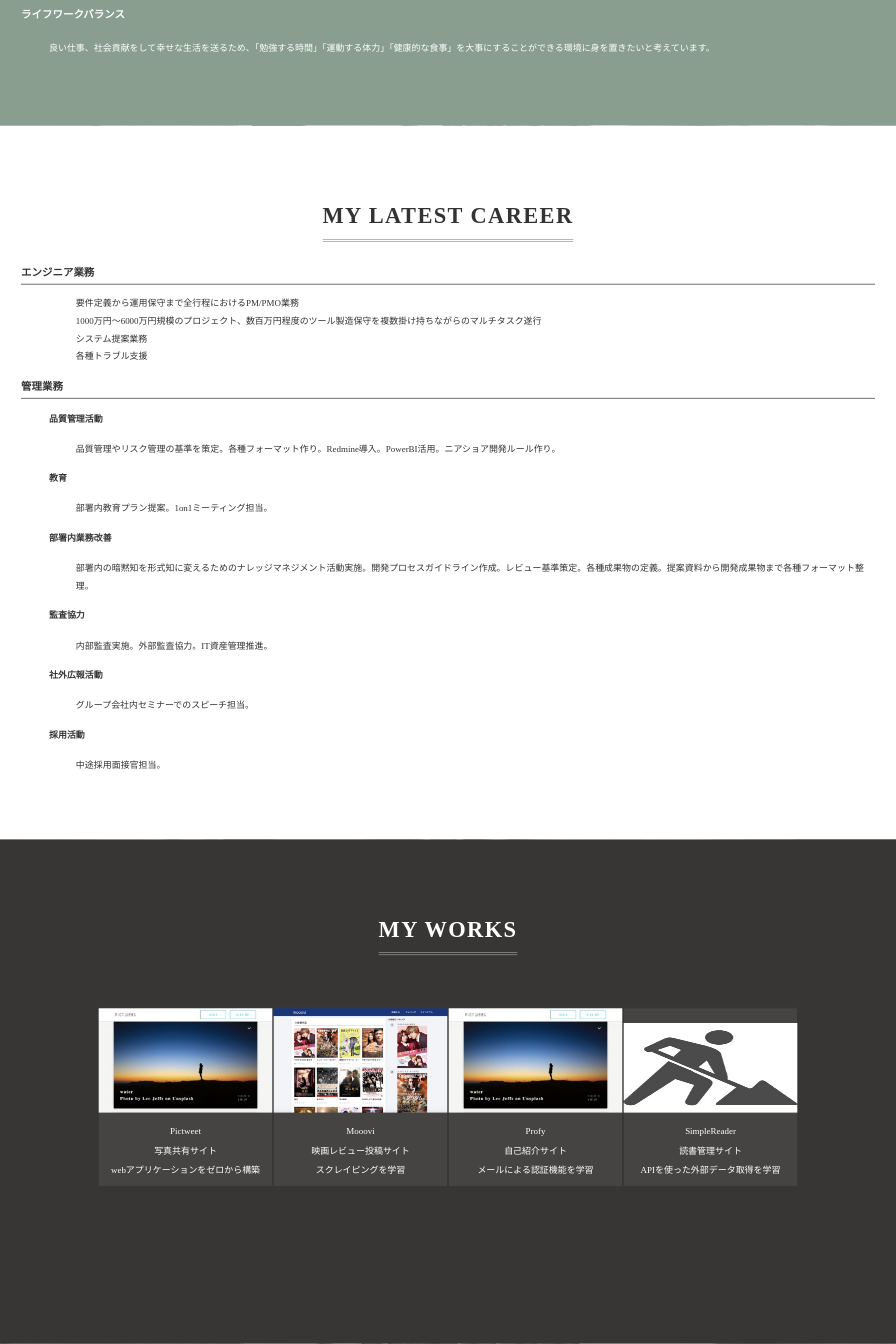
Repository: dackelteckel/myworks
Page: index.html
The author's editor kept a record of every edit. The page is drawn from the files as they stood at one moment, then again after the next edit.
The browser window is 1280 px wide. The pictures show the part of the page from y = 1208 to 3128 px (the page is 3128 px tall), at 70% of full size.
Backgrounds fixed to the window are drawn as part of the page.

Above is the page before.

After the next edit:
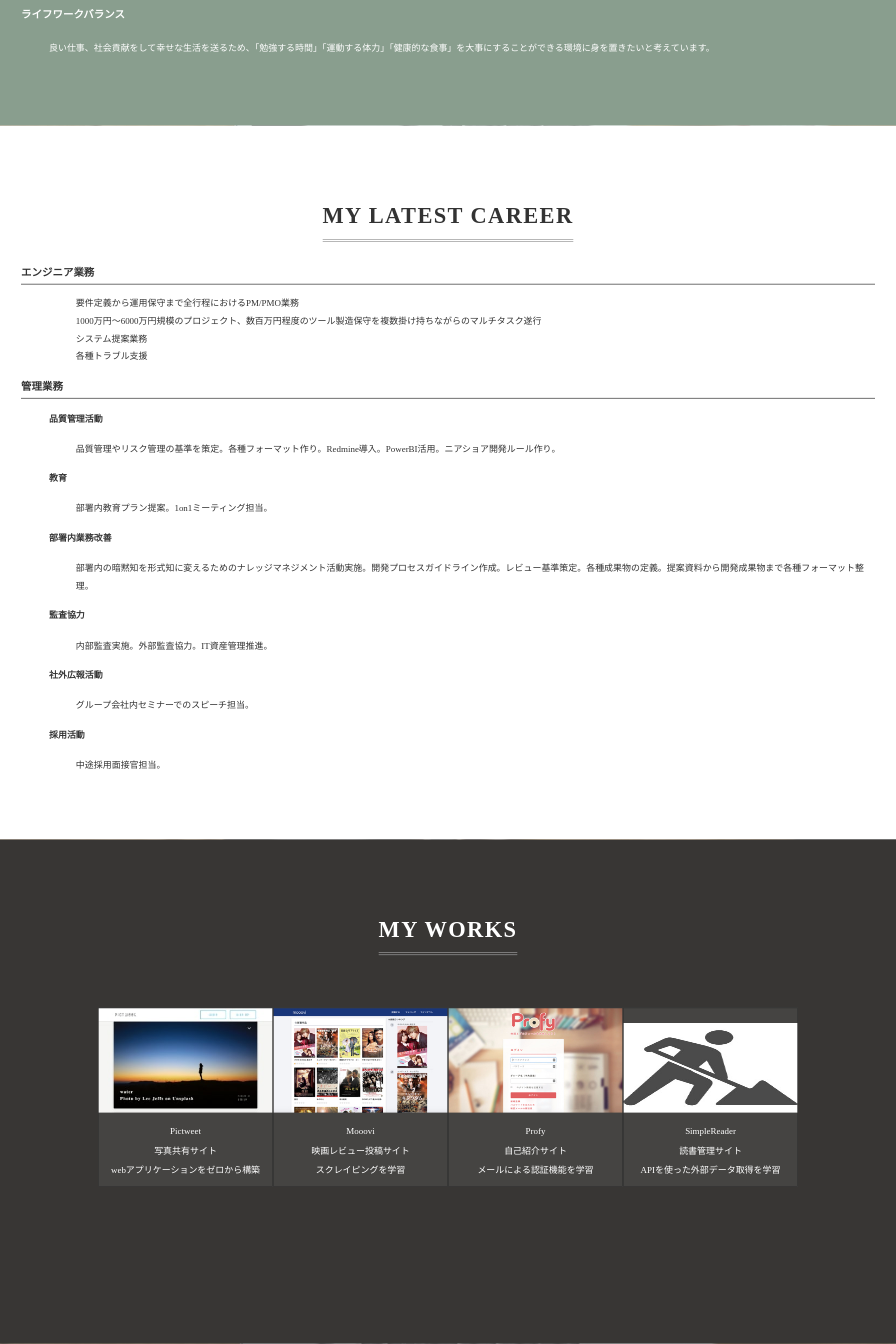
The edit:
--- a/index.html
+++ b/index.html
@@ -143,7 +143,7 @@
       </div>
 
       <div class="work-box">
-        <a href="https://dackelteckelprofy.herokuapp.com/"><img class="work-image" src="images/pictweet.jpg"></a>
+        <a href="https://dackelteckelprofy.herokuapp.com/" target="_blank" rel="noopener noreferrer"><img class="work-image" src="images/profy.jpg"></a>
         <div class="work-description">
           <p>Profy<p>
           <p>自己紹介サイト</p>
